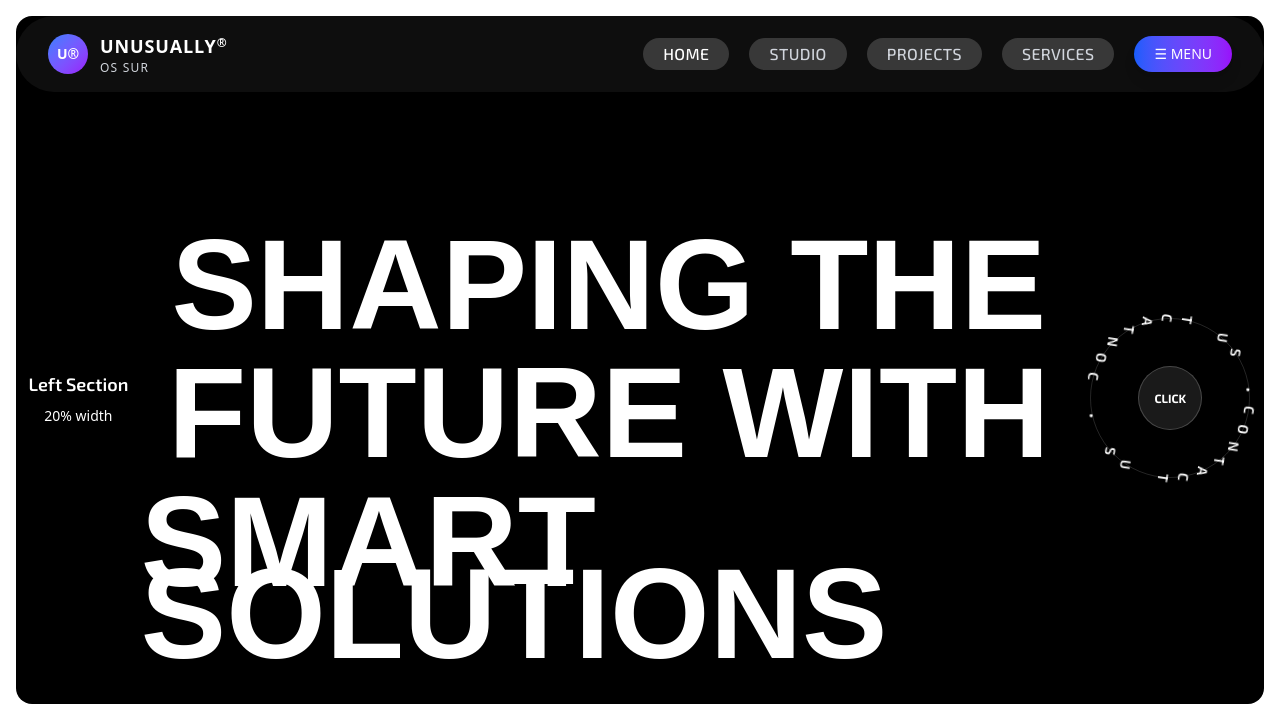
Repository: A-y-u-s-h-29/Digital-Express-India-With-Carrer-Page-And-RazorPay
Page: / (app in op/)
The author's editor kept a copy of each file at every save. The page is drawn from the files as they stood at one save, then again after the next save.
The browser window is 1280 px wide. The pictures show the whole page.
Some web fonts or font styles are not loaded; a fallback is used. The project was rebuilt for these pictures with package versions that can differ from the ones it lists, and the page was loaded fresh each time. Also part of the build but not shown: op/vite.config.js.

Above is the page before, as saved 2025-12-04 15:12:37.

### op/index.html
<!doctype html>
<html lang="en">
  <head>
    <meta charset="UTF-8" />
    <link rel="icon" type="image/svg+xml" href="/vite.svg" />
    <meta name="viewport" content="width=device-width, initial-scale=1.0" />
    <link rel="preconnect" href="https://fonts.googleapis.com">
<link rel="preconnect" href="https://fonts.gstatic.com" crossorigin>
<link href="https://fonts.googleapis.com/css2?family=Alan+Sans:wght@300..900&family=Big+Shoulders:opsz,wght@10..72,100..900&family=Exo+2:ital,wght@0,100..900;1,100..900&family=Montserrat:ital,wght@0,100..900;1,100..900&family=Orbitron:wght@400..900&family=Poppins:ital,wght@0,100;0,200;0,300;0,400;0,500;0,600;0,700;0,800;0,900;1,100;1,200;1,300;1,400;1,500;1,600;1,700;1,800;1,900&family=Rajdhani:wght@300;400;500;600;700&display=swap" rel="stylesheet">
<link rel="preconnect" href="https://fonts.googleapis.com">
<link rel="preconnect" href="https://fonts.gstatic.com" crossorigin>
<link href="https://fonts.googleapis.com/css2?family=Alan+Sans:wght@300..900&family=Big+Shoulders:opsz,wght@10..72,100..900&family=Exo+2:ital,wght@0,100..900;1,100..900&family=Montserrat:ital,wght@0,100..900;1,100..900&family=Orbitron:wght@400..900&family=Poppins:ital,wght@0,100;0,200;0,300;0,400;0,500;0,600;0,700;0,800;0,900;1,100;1,200;1,300;1,400;1,500;1,600;1,700;1,800;1,900&family=Rajdhani:wght@300;400;500;600;700&display=swap" rel="stylesheet">
    <title>op</title>
  </head>
  <body>
    <div id="root"></div>
    <script type="module" src="/src/main.jsx"></script>
  </body>
</html>

### op/src/index.css
@import "tailwindcss";
*{
  box-sizing: border-box;
}
.big {
  font-family: "Big Shoulders", sans-serif;

  font-style: normal;
}
.exo {
  font-family: "Exo 2", sans-serif;

  font-style: normal;
}

### op/src/App.jsx
import React from 'react'
import Home from './components/Home'

function App() {
  return (
   <>
   <Home/>


   </>
  )
}

export default App

### op/src/components/Home.jsx
import React, { useRef, useEffect } from "react";
import Navbar from "./Navbar";
import { gsap } from "gsap";

function Home() {
  const circularTextRef = useRef(null);

  useEffect(() => {
    if (!circularTextRef.current) return;

    const text = circularTextRef.current;
    const originalText = text.textContent || "CONTACT US • CONTACT US • ";
    text.textContent = "";

    // Create individual letter spans
    for (let i = 0; i < originalText.length; i++) {
      const span = document.createElement("span");
      span.textContent = originalText[i];
      span.style.position = "absolute";
      span.style.transformOrigin = "center";
      span.style.left = "50%";
      span.style.top = "50%";

      // Calculate angle for each character
      const angle = (i * 360) / originalText.length;
      span.style.transform = `
        translate(-50%, -50%)
        rotate(${angle}deg)
        translateY(-80px)
        rotate(${-angle}deg)
      `;

      span.style.transformOrigin = "0 80px";
      text.appendChild(span);
    }

    // GSAP animation
    gsap.to(text, {
      rotation: 360,
      duration: 20,
      ease: "none",
      repeat: -1
    });

    return () => {
      gsap.killTweensOf(text);
    };
  }, []);

  return (
    <div className="w-full max-h-screen lg:h-[120vh] lg:py-4 lg:px-4">
      <div className="rounded-b-4xl lg:rounded-2xl w-full h-full flex flex-col relative overflow-hidden bg-black">
        {/* Transparent Navbar */}
        <div className="relative z-20">
          <Navbar />
        </div>

        {/* Three Column Layout */}
        <div className="flex flex-1 relative z-10 text-white">
          {/* Left Column - 20% width */}
          <div className="w-[10%] flex items-center justify-center">
            <div className="text-white text-center">
              <p className="exo font-semibold text-lg">Left Section</p>
              <p className="text-sm mt-2">20% width</p>
            </div>
          </div>

          {/* Middle Column - 60% width */}
          <div className="w-[75%] flex flex-col justify-center items-center big">
            <div className="w-full h-full flex flex-col">
              {/* Top Row - 40% height */}
              <div className="h-[40%] flex items-end justify-center pb-4">
                <h1 className="text-5xl md:text-9xl leading-tight md:leading-[4.5rem] font-bold text-white drop-shadow-2xl">
                  SHAPING THE
                </h1>
              </div>

              {/* Middle Row - 30% height */}
              <div className="h-[25%] flex items-center justify-center">
                <h1 className="text-5xl md:text-9xl leading-tight lg:leading-[4.5rem] font-bold text-white drop-shadow-2xl">
                  FUTURE WITH
                </h1>
              </div>

              {/* Bottom Row - 30% height */}
              <div className="h-[35%] flex items-start justify-center pt-4">
                <h1 className="text-5xl md:text-9xl leading-tight lg:leading-[4.5rem] font-bold text-white drop-shadow-2xl">
                  SMART SOLUTIONS
                </h1>
              </div>
            </div>
          </div>

          {/* Right Column - Circular Text */}
          <div className="w-[15%] flex items-center justify-center relative">
            <div className="relative w-40 h-40 flex items-center justify-center">
              {/* Circular Text Container */}
              <div className="relative w-32 h-32">
                <div
                  ref={circularTextRef}
                  className="absolute inset-0 text-white text-sm font-semibold exo"
                  style={{
                    width: "100%",
                    height: "100%",
                    borderRadius: "50%"
                  }}
                >
                  CONTACT US • CONTACT US •
                </div>

                {/* Center Dot or Text */}
                <div className="absolute inset-0 flex items-center justify-center">
                  <div className="w-16 h-16 rounded-full bg-white/10 flex items-center justify-center backdrop-blur-sm border border-white/20">
                    <span className="text-white text-xs font-bold exo">CLICK</span>
                  </div>
                </div>
              </div>

              {/* Optional: Additional decorative elements */}
              <div className="absolute inset-0 border border-white/20 rounded-full animate-pulse"></div>
            </div>
          </div>
        </div>
      </div>
    </div>
  );
}

export default Home;

### op/src/components/Navbar.jsx
import React, { useState, useRef, useEffect } from 'react';
import { gsap } from 'gsap';

function Navbar({ isHomePage = false }) {
  const [isMenuOpen, setIsMenuOpen] = useState(false);
  const menuOverlayRef = useRef(null);
  const mobileMenuRef = useRef(null);

  // Menu items data for the menu overlay
  const menuOverlayItems = [
    { title: 'HOME', number: '01' },
    { title: 'ABOUT', number: '02' },
    { title: 'PROJECTS', number: '03' },
    { title: 'SERVICES', number: '04' },

  ];

  // Menu items for navbar links
  const navMenuItems = [
    { title: 'HOME', color: 'from-blue-500 to-cyan-400' },
    { title: 'STUDIO', color: 'from-purple-500 to-pink-500' },
    { title: 'PROJECTS', color: 'from-green-500 to-emerald-400' },
    { title: 'SERVICES', color: 'from-yellow-500 to-orange-500' },
    { title: 'ABOUT', color: 'from-red-500 to-rose-400' },
    { title: 'CONTACT', color: 'from-indigo-500 to-blue-400' },
  ];

  // Initialize menu as hidden
  useEffect(() => {
    if (menuOverlayRef.current) {
      menuOverlayRef.current.style.display = 'none';
    }
  }, []);

  const handleMenuClick = () => {
    const wasOpen = isMenuOpen;
    setIsMenuOpen(!wasOpen);

    if (!wasOpen) {
      // OPEN MENU ANIMATION - bottom-right से slide in
      if (menuOverlayRef.current) {
        menuOverlayRef.current.style.display = 'flex';

        // Get the menu container
        const menuContainer = menuOverlayRef.current.querySelector('.relative');

        if (menuContainer) {
          // Initial position - off screen bottom-right
          gsap.set(menuContainer, {
            x: '100%',
            y: '100%',
            opacity: 0,
            scale: 0.9,
            transformOrigin: 'bottom right'
          });

          // Animate to position
          gsap.to(menuContainer, {
            x: 0,
            y: 0,
            opacity: 1,
            scale: 1,
            duration: 0.8,
            ease: 'expo.out'
          });

          // Background fade in
          gsap.fromTo(menuOverlayRef.current,
            { opacity: 0 },
            { opacity: 1, duration: 0.4 }
          );

          // Menu items animation (from bottom)
          const menuItems = menuContainer.querySelectorAll('.menu-item');
          gsap.fromTo(menuItems,
            {
              opacity: 0,
              y: 40
            },
            {
              opacity: 1,
              y: 0,
              duration: 0.6,
              stagger: 0.1,
              delay: 0.3,
              ease: 'power3.out'
            }
          );

          // Close button animation
          const closeBtn = menuContainer.querySelector('.close-btn');
          if (closeBtn) {
            gsap.fromTo(closeBtn,
              { opacity: 0, rotation: -45 },
              { opacity: 1, rotation: 0, duration: 0.5, delay: 0.8 }
            );
          }
        }
      }

      // Mobile menu animation
      if (mobileMenuRef.current) {
        gsap.fromTo(
          mobileMenuRef.current,
          { height: 0, opacity: 0 },
          { height: 'auto', opacity: 1, duration: 0.4 }
        );
      }
    } else {
      // CLOSE MENU ANIMATION - bottom-right को slide out
      if (menuOverlayRef.current) {
        const menuContainer = menuOverlayRef.current.querySelector('.relative');

        if (menuContainer) {
          // Menu items exit
          const menuItems = menuContainer.querySelectorAll('.menu-item');
          gsap.to(menuItems,
            {
              opacity: 0,
              y: 20,
              duration: 0.3,
              stagger: 0.05,
              ease: 'power2.in'
            }
          );

          // Close button exit
          const closeBtn = menuContainer.querySelector('.close-btn');
          if (closeBtn) {
            gsap.to(closeBtn, {
              opacity: 0,
              rotation: 45,
              duration: 0.3
            });
          }

          // Menu container slide out to bottom-right
          gsap.to(menuContainer, {
            x: '100%',
            y: '100%',
            opacity: 0,
            scale: 0.9,
            duration: 0.6,
            ease: 'expo.in',
            onComplete: () => {
              if (menuOverlayRef.current) {
                menuOverlayRef.current.style.display = 'none';
              }
            }
          });

          // Background fade out
          gsap.to(menuOverlayRef.current, {
            opacity: 0,
            duration: 0.4
          });
        }
      }

      // Mobile menu exit animation
      if (mobileMenuRef.current) {
        gsap.to(mobileMenuRef.current, {
          height: 0,
          opacity: 0,
          duration: 0.3
        });
      }
    }
  };

  return (
    <>
      {/* Main Navbar */}
      <nav
        className={`w-full px-6 py-4 lg:px-8 lg:py-4 ${isHomePage ? 'bg-transparent' : 'bg-[#0E0E0E]'} rounded-full relative z-50`}
      >
        <div className="flex items-center justify-between">
          {/* Logo/Brand Section */}
          <div className="flex items-center">
            <div className="w-10 h-10 rounded-full bg-gradient-to-br from-blue-500 to-purple-600 flex items-center justify-center mr-3">
              <span className="text-white font-bold text-sm">U®</span>
            </div>
            <div className="flex flex-col">
              <span className="text-white font-bold text-lg tracking-wider">UNUSUALLY<sup className="text-xs">®</sup></span>
              <span className="text-gray-300 text-xs tracking-widest">OS SUR</span>
            </div>
          </div>

          <div className='flex items-center gap-5'>
            {/* Desktop Navigation Links */}
            <div className="hidden md:flex items-center space-x-5 exo text-md">
              {navMenuItems.slice(0, 4).map((item, index) => (
                <a
                  key={index}
                  href="#"
                  className={`text-gray-300 font-medium tracking-wide hover:text-white transition-colors duration-300 bg-[#383838] px-5 py-1 rounded-full ${item.title === 'HOME' ? 'text-white' : ''}`}
                >
                  {item.title}
                </a>
              ))}
            </div>

            {/* Menu Button */}
            <button
              onClick={handleMenuClick}
              className="px-5 py-2 bg-gradient-to-r from-blue-600 to-purple-600 text-white text-sm font-medium rounded-full hover:from-blue-700 hover:to-purple-700 transition-all duration-300 shadow-lg hover:shadow-xl relative z-50"
            >
              {isMenuOpen ? '✕ CLOSE' : '☰ MENU'}
            </button>

            {/* Mobile Menu Button (Hamburger) */}
            <button
              onClick={handleMenuClick}
              className="ml-4 md:hidden relative z-50"
            >
              <div className={`w-6 h-0.5 bg-white mb-1.5 transition-all duration-300 ${isMenuOpen ? 'rotate-45 translate-y-2' : ''}`}></div>
              <div className={`w-6 h-0.5 bg-white mb-1.5 transition-all duration-300 ${isMenuOpen ? 'opacity-0' : ''}`}></div>
              <div className={`w-6 h-0.5 bg-white transition-all duration-300 ${isMenuOpen ? '-rotate-45 -translate-y-2' : ''}`}></div>
            </button>
          </div>
        </div>

        {/* Mobile Menu Dropdown */}
        <div
          ref={mobileMenuRef}
          className="md:hidden mt-4 pt-4 border-t border-gray-800 overflow-hidden"
          style={{ height: '0px' }}
        >
          <div className="flex flex-col space-y-4">
            {navMenuItems.map((item, index) => (
              <a
                key={index}
                href="#"
                className={`text-gray-300 font-medium py-2 hover:text-white transition-colors ${item.title === 'HOME' ? 'text-white' : ''}`}
              >
                {item.title}
              </a>
            ))}
          </div>
        </div>
      </nav>

      {/* Fullscreen Menu Overlay */}
      <div
        ref={menuOverlayRef}
        className="fixed inset-0  z-40 hidden items-end justify-end px-4 rounded-2xl "
      >
        {/* Menu Container - Image के according simple design */}
        <div
          className="relative h-[70vh] w-[45vw] bg-white  rounded-4xl overflow-hidden shadow-2xl transform-gpu "
          style={{
            transformOrigin: 'bottom right'
          }}
        >
          {/* Simple Header with Brand */}
          <div className="absolute top-8 left-8">
            <div className="flex items-center space-x-3">

              <div>

              </div>
            </div>
          </div>



          {/* Main Content Area - Center aligned like image */}
          <div className="h-full flex flex-col justify-center items-center px-12 ">
            {/* Menu Items - Single Column, Large text like image */}
            <div className="w-full  space-y-2">
              {menuOverlayItems.map((item, index) => (
                <a
                  key={index}
                  href="#"
                  className="menu-item group relative block w-full"
                >
                  <div className="flex items-center justify-between">
                    {/* Title - Left side */}
                    <div className="relative overflow-hidden p-0.5">
                      <h3 className="text-black font-extrabold text-5xl lg:text-7xl  exo tracking-tight opacity-90 group-hover:opacity-100 transition-all duration-500">
                        {item.title}
                      </h3>
                      {/* Underline animation */}

                    </div>

                    {/* Number in parentheses - Right side */}
                    <div className="text-gray-500 text-3xl lg:text-4xl font-light group-hover:text-white transition-colors duration-500">
                      ({item.number})
                    </div>
                  </div>
                </a>
              ))}
            </div>


          </div>


        </div>
      </div>
    </>
  );
}

export default Navbar;

Loaded but not shown: op/src/main.jsx (common file)

After the next save:
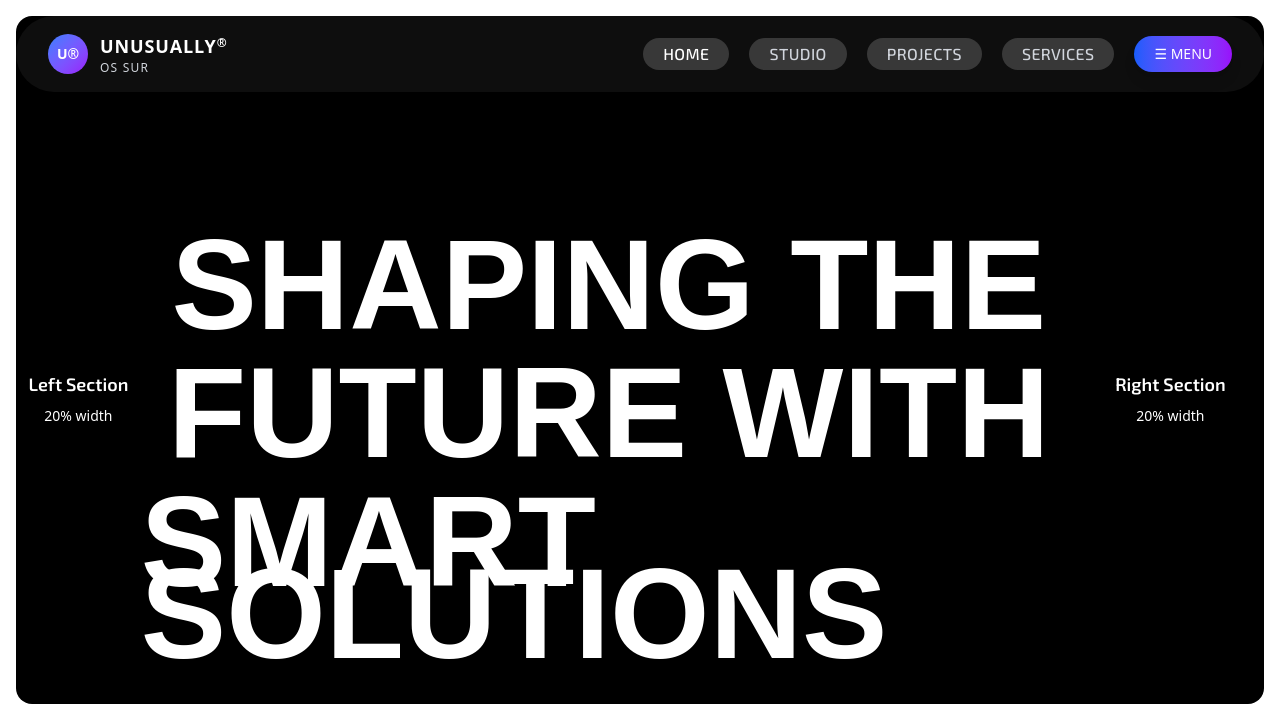
Saved 18 s later.
--- a/op/src/components/Home.jsx
+++ b/op/src/components/Home.jsx
@@ -1,62 +1,24 @@
-import React, { useRef, useEffect } from "react";
+import React from "react";
 import Navbar from "./Navbar";
-import { gsap } from "gsap";
 
 function Home() {
-  const circularTextRef = useRef(null);
 
-  useEffect(() => {
-    if (!circularTextRef.current) return;
-
-    const text = circularTextRef.current;
-    const originalText = text.textContent || "CONTACT US • CONTACT US • ";
-    text.textContent = "";
-
-    // Create individual letter spans
-    for (let i = 0; i < originalText.length; i++) {
-      const span = document.createElement("span");
-      span.textContent = originalText[i];
-      span.style.position = "absolute";
-      span.style.transformOrigin = "center";
-      span.style.left = "50%";
-      span.style.top = "50%";
-
-      // Calculate angle for each character
-      const angle = (i * 360) / originalText.length;
-      span.style.transform = `
-        translate(-50%, -50%)
-        rotate(${angle}deg)
-        translateY(-80px)
-        rotate(${-angle}deg)
-      `;
-
-      span.style.transformOrigin = "0 80px";
-      text.appendChild(span);
-    }
-
-    // GSAP animation
-    gsap.to(text, {
-      rotation: 360,
-      duration: 20,
-      ease: "none",
-      repeat: -1
-    });
-
-    return () => {
-      gsap.killTweensOf(text);
-    };
-  }, []);
 
   return (
-    <div className="w-full max-h-screen lg:h-[120vh] lg:py-4 lg:px-4">
-      <div className="rounded-b-4xl lg:rounded-2xl w-full h-full flex flex-col relative overflow-hidden bg-black">
+    <div className="w-full max-h-screen lg:h-[120vh]  lg:py-4 lg:px-4 ">
+      <div
+        className="rounded-b-4xl lg:rounded-2xl w-full h-full  flex flex-col relative overflow-hidden bg-black"
+
+      >
+
+
         {/* Transparent Navbar */}
         <div className="relative z-20">
           <Navbar />
         </div>
 
         {/* Three Column Layout */}
-        <div className="flex flex-1 relative z-10 text-white">
+        <div className="flex flex-1 relative z-10 text-white ">
           {/* Left Column - 20% width */}
           <div className="w-[10%] flex items-center justify-center">
             <div className="text-white text-center">
@@ -66,61 +28,42 @@ function Home() {
           </div>
 
           {/* Middle Column - 60% width */}
-          <div className="w-[75%] flex flex-col justify-center items-center big">
-            <div className="w-full h-full flex flex-col">
-              {/* Top Row - 40% height */}
-              <div className="h-[40%] flex items-end justify-center pb-4">
-                <h1 className="text-5xl md:text-9xl leading-tight md:leading-[4.5rem] font-bold text-white drop-shadow-2xl">
-                  SHAPING THE
-                </h1>
-              </div>
+         <div className="w-[75%] flex flex-col justify-center items-center big">
+  <div className=" w-full h-full flex flex-col">
 
-              {/* Middle Row - 30% height */}
-              <div className="h-[25%] flex items-center justify-center">
-                <h1 className="text-5xl md:text-9xl leading-tight lg:leading-[4.5rem] font-bold text-white drop-shadow-2xl">
-                  FUTURE WITH
-                </h1>
-              </div>
+    {/* Top Row - 40% height */}
+    <div className="h-[40%] flex items-end justify-center pb-4 ">
+      <h1 className="text-5xl md:text-9xl leading-tight md:leading-[4.5rem]  font-bold text-white drop-shadow-2xl">
+       SHAPING THE
+      </h1>
+    </div>
 
-              {/* Bottom Row - 30% height */}
-              <div className="h-[35%] flex items-start justify-center pt-4">
-                <h1 className="text-5xl md:text-9xl leading-tight lg:leading-[4.5rem] font-bold text-white drop-shadow-2xl">
-                  SMART SOLUTIONS
-                </h1>
-              </div>
-            </div>
-          </div>
+    {/* Middle Row - 30% height */}
+    <div className="h-[25%] flex items-center justify-center ">
+       <h1 className="text-5xl md:text-9xl leading-tight lg:leading-[4.5rem]  font-bold text-white drop-shadow-2xl">
+    FUTURE WITH
+      </h1>
+    </div>
 
-          {/* Right Column - Circular Text */}
-          <div className="w-[15%] flex items-center justify-center relative">
-            <div className="relative w-40 h-40 flex items-center justify-center">
-              {/* Circular Text Container */}
-              <div className="relative w-32 h-32">
-                <div
-                  ref={circularTextRef}
-                  className="absolute inset-0 text-white text-sm font-semibold exo"
-                  style={{
-                    width: "100%",
-                    height: "100%",
-                    borderRadius: "50%"
-                  }}
-                >
-                  CONTACT US • CONTACT US •
-                </div>
+    {/* Bottom Row - 30% height */}
+    <div className="h-[35%] flex items-start justify-center pt-4">
+      <h1 className="text-5xl md:text-9xl leading-tight lg:leading-[4.5rem]  font-bold text-white drop-shadow-2xl">
+      SMART SOLUTIONS
+      </h1>
+    </div>
 
-                {/* Center Dot or Text */}
-                <div className="absolute inset-0 flex items-center justify-center">
-                  <div className="w-16 h-16 rounded-full bg-white/10 flex items-center justify-center backdrop-blur-sm border border-white/20">
-                    <span className="text-white text-xs font-bold exo">CLICK</span>
-                  </div>
-                </div>
-              </div>
-
-              {/* Optional: Additional decorative elements */}
-              <div className="absolute inset-0 border border-white/20 rounded-full animate-pulse"></div>
+  </div>
+</div>
+          {/* Right Column - 20% width */}
+          <div className="w-[15%] flex items-center justify-center ">
+            <div className="text-white text-center">
+              <p className="exo font-semibold text-lg">Right Section</p>
+              <p className="text-sm mt-2">20% width</p>
             </div>
           </div>
         </div>
+
+
       </div>
     </div>
   );
